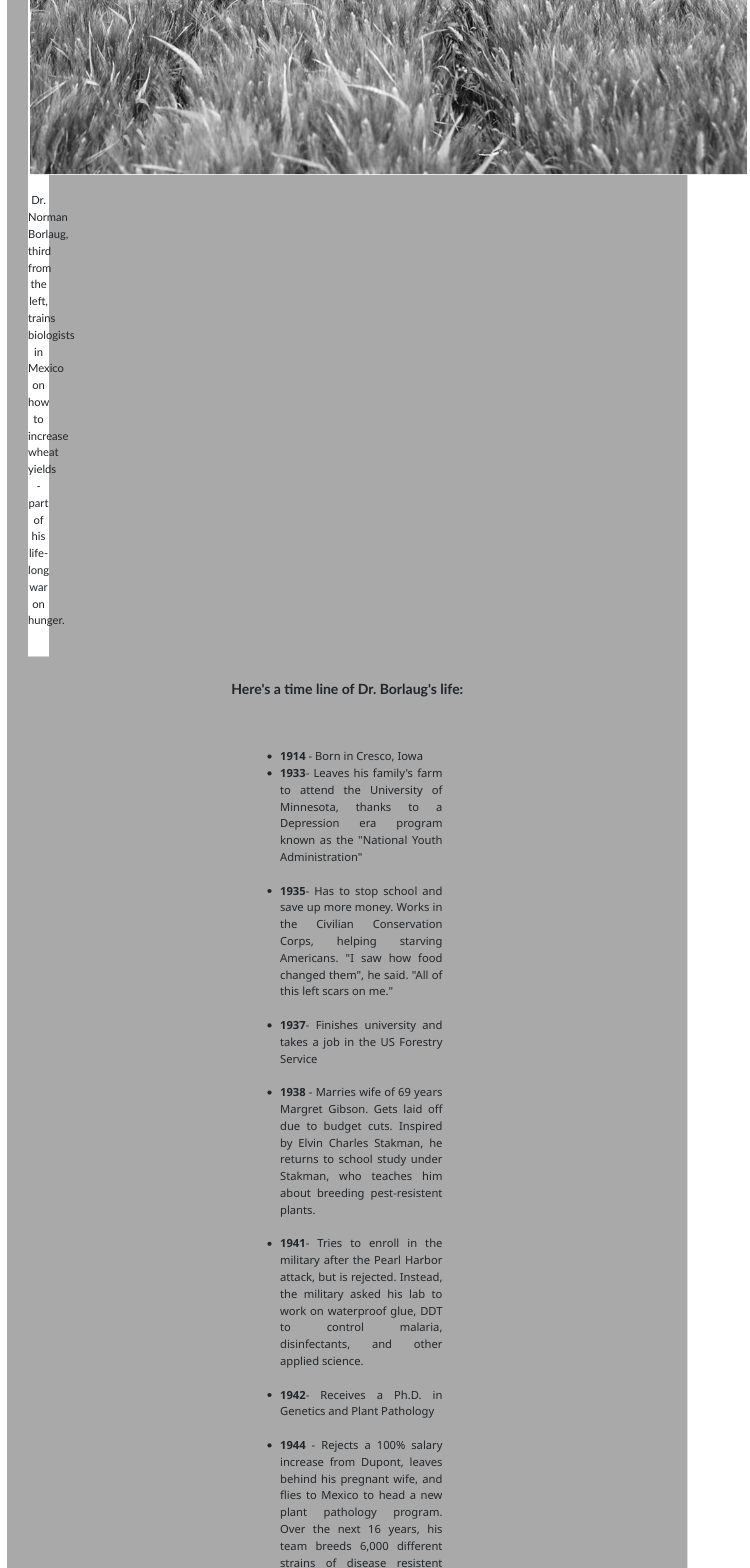
Repository: AbdulWahabRaza123/tributePage
Page: index.html
The author's editor kept a copy of each file at every save. The page is drawn from the files as they stood at one save, then again after the next save.
The browser window is 992 px wide. The page is 1072 px wide, so the pictures cover 1072 px, including what lies to the right of the window. The pictures show the part of the page from y = 567 to 2807 px (the page is 4403 px tall before and 3875 px after), at 70% of full size.

Above is the page before, as saved 2021-09-02 17:43:20.

After the next save:
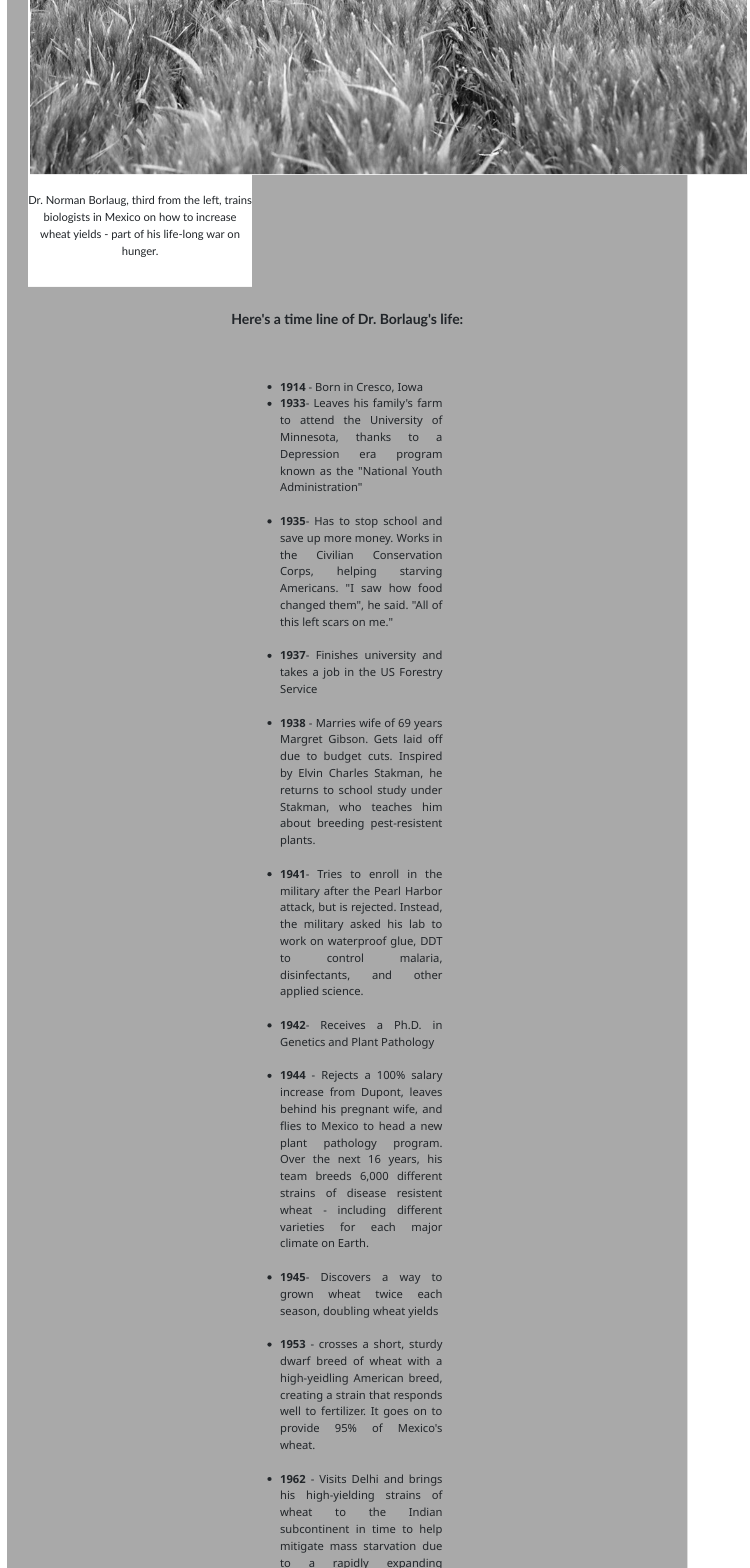
Saved 15 s later.
--- a/new.css
+++ b/new.css
@@ -117,10 +117,7 @@
 }
 
 @media screen and (min-width: 768px) {
-    #img-div {
-        width: 30px;
-        height: fit-content;
-    }
+    #img-div {}
     #tribute-info {
         float: left;
     }
@@ -129,7 +126,7 @@
     }
 }
 
-@media screen and (max-width: 992px) {
+@media screen and (min-width: 992px) {
     #image2 {}
     #Lists {
         float: left;
